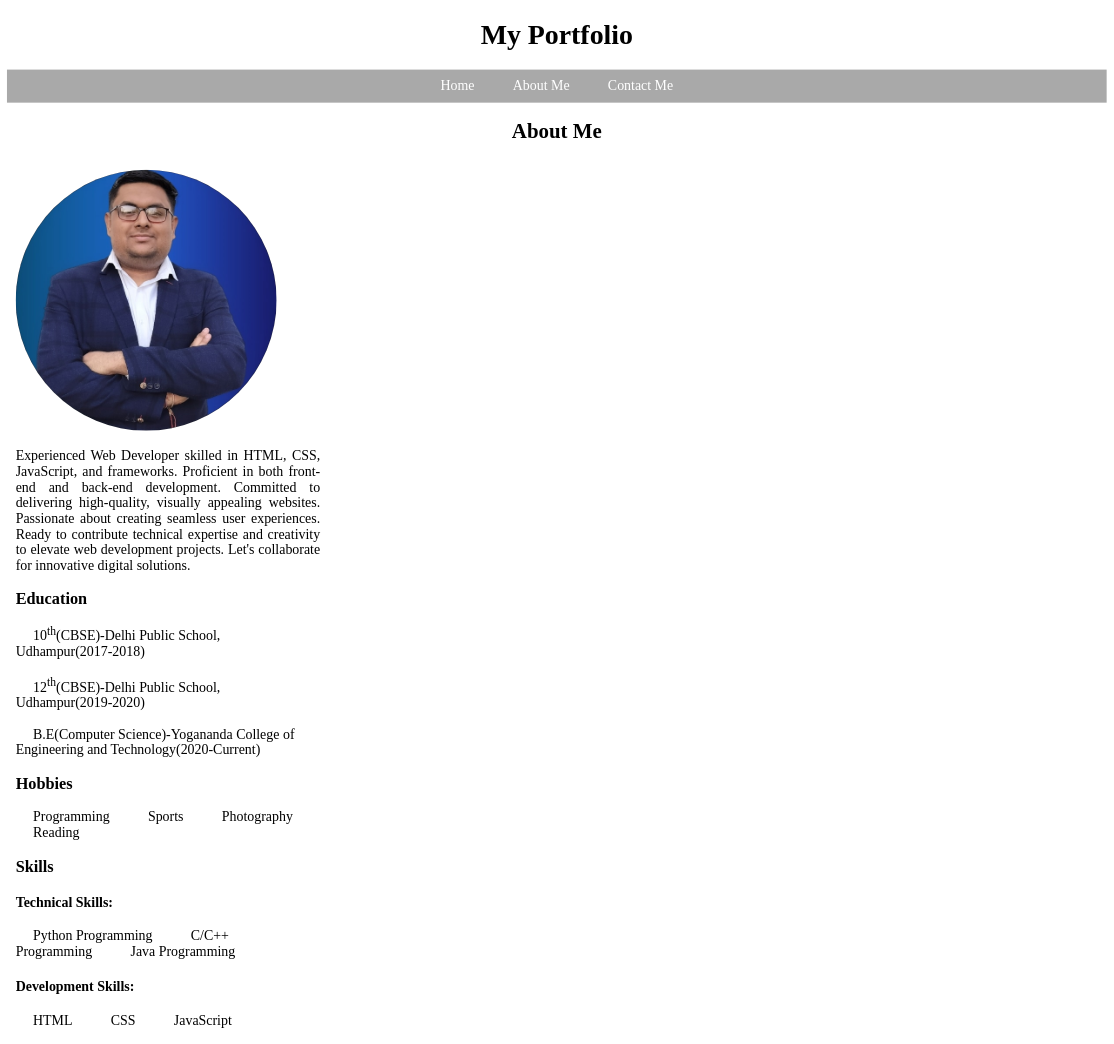
Repository: harshitanthal1/my_portfolio
Page: aboutme.html
The author's editor kept a copy of each file at every save. The page is drawn from the files as they stood at one save, then again after the next save.
The browser window is 1280 px wide. The pictures show the whole page, at 87% of full size.

Above is the page before, as saved 2024-02-04 09:59:53.

After the next save:
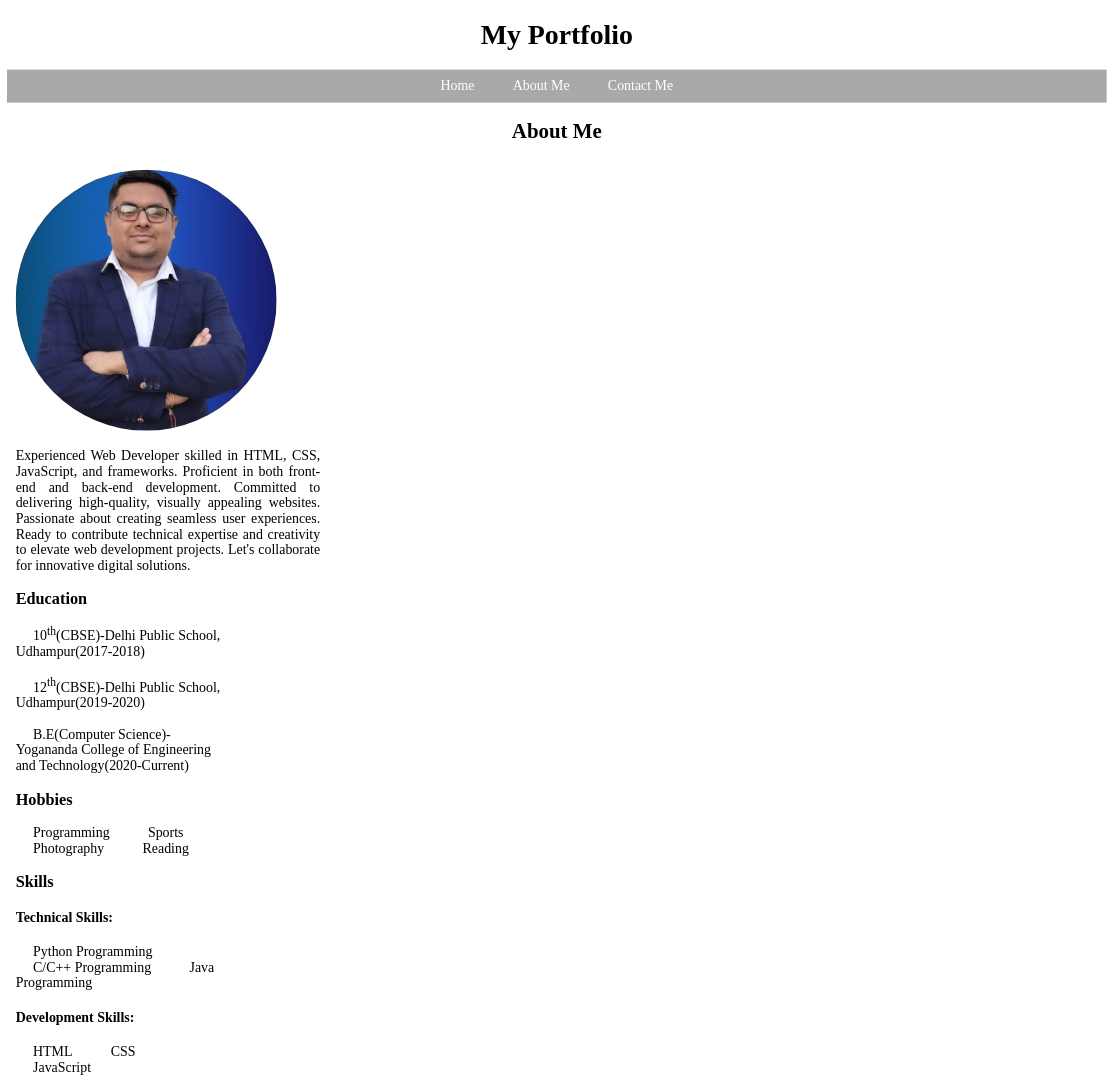
Saved 3 min 25 s later.
--- a/styles/styles.css
+++ b/styles/styles.css
@@ -20,9 +20,20 @@ a {
     color: white;
 }
 
+main {
+    display: flex;
+    flex-direction: column;
+}
+
 #profile {
+    width: 29%;
+    margin-right: 1%;;
     padding: 10px;
     width: 350px;
+}
+
+#info {
+    width: 70%;
 }
 
 p {
